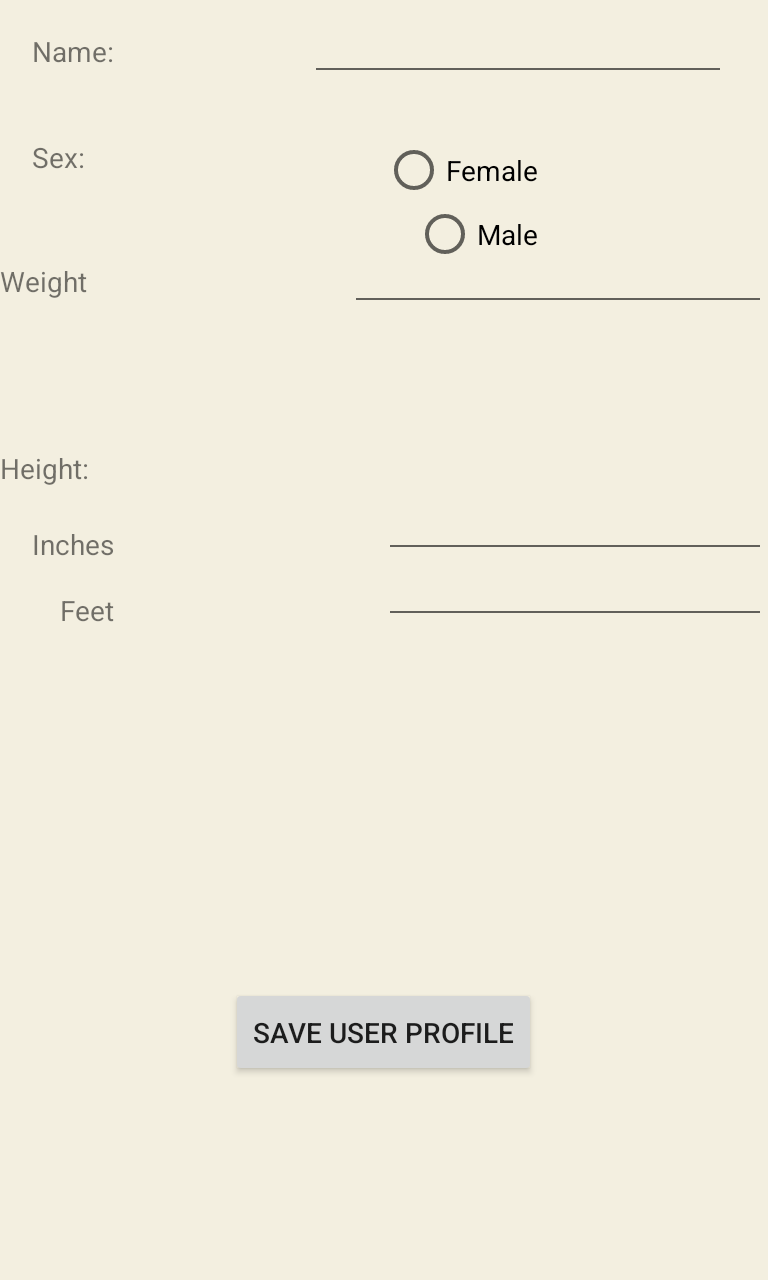
Repository: CS185Wingman/wingman
Layout: Workspace/wingman/res/layout/user_settings.xml
An editor plug-in stored every save of this project. The layout is shown before and after the next save, followed by the edit.
It is drawn on a 768 x 1280 px phone screen (xhdpi) without system bars, with theme AppTheme; the app's code is not run.

Above is the layout before, as saved 2014-06-06 05:46:28.

### Workspace/wingman/res/layout/user_settings.xml
<?xml version="1.0" encoding="utf-8"?>
<RelativeLayout xmlns:android="http://schemas.android.com/apk/res/android"
    android:layout_width="wrap_content"
    android:layout_height="wrap_content"
    android:background="@color/offwhite" >

    <TextView
        android:id="@+id/nameLabel"
        android:layout_width="wrap_content"
        android:layout_height="wrap_content"
        android:layout_alignParentLeft="true"
        android:layout_alignParentTop="true"
        android:layout_marginLeft="16dp"
        android:layout_marginTop="16dp"
        android:text="Name:" />

    <EditText
        android:id="@+id/nameField"
        android:layout_width="wrap_content"
        android:layout_height="wrap_content"
        android:layout_alignBaseline="@+id/nameLabel"
        android:layout_alignBottom="@+id/nameLabel"
        android:layout_alignParentRight="true"
        android:layout_marginRight="20dp"
        android:ems="10"
        android:inputType="textPersonName" />

    <TextView
        android:id="@+id/sexLabel"
        android:layout_width="wrap_content"
        android:layout_height="wrap_content"
        android:layout_alignLeft="@+id/nameLabel"
        android:layout_below="@+id/nameField"
        android:layout_marginTop="26dp"
        android:text="Sex:" />

    <RadioGroup
        android:layout_width="fill_parent"
        android:layout_height="wrap_content"
        android:orientation="vertical" >
    </RadioGroup>

    <TextView
        android:id="@+id/weightLabel"
        android:layout_width="wrap_content"
        android:layout_height="wrap_content"
        android:layout_alignParentLeft="true"
        android:layout_below="@+id/sexLabel"
        android:layout_marginTop="43dp"
        android:text="Weight" />

    <EditText
        android:id="@+id/weightField"
        android:layout_width="wrap_content"
        android:layout_height="wrap_content"
        android:layout_alignBaseline="@+id/weightLabel"
        android:layout_alignBottom="@+id/weightLabel"
        android:layout_alignParentRight="true"
        android:ems="10"
        android:inputType="number" >
        />
    </EditText>

    <Button
        android:id="@+id/saveSettingsButton"
        android:layout_width="wrap_content"
        android:layout_height="wrap_content"
        android:layout_alignParentBottom="true"
        android:layout_centerHorizontal="true"
        android:layout_marginBottom="100dp"
        android:onClick="saveUserSettings"
        android:text="Save User Profile" />

    <RadioButton
        android:id="@+id/femaleButton"
        android:layout_width="wrap_content"
        android:layout_height="wrap_content"
        android:layout_alignRight="@+id/saveSettingsButton"
        android:layout_alignTop="@+id/sexLabel"
        android:text="Female" />

    <RadioButton
        android:id="@+id/maleButton"
        android:layout_width="wrap_content"
        android:layout_height="wrap_content"
        android:layout_alignRight="@+id/saveSettingsButton"
        android:layout_below="@+id/femaleButton"
        android:text="Male" />

    <EditText
        android:id="@+id/heightField"
        android:layout_width="wrap_content"
        android:layout_height="wrap_content"
        android:layout_alignLeft="@+id/femaleButton"
        android:layout_below="@+id/weightField"
        android:layout_marginTop="82dp"
        android:ems="10"
        android:inputType="number" />

    <TextView
        android:id="@+id/feetLabel"
        android:layout_width="wrap_content"
        android:layout_height="wrap_content"
        android:layout_alignRight="@+id/nameLabel"
        android:layout_below="@+id/inchesLabel"
        android:layout_marginTop="14dp"
        android:text="Feet" />

    <TextView
        android:id="@+id/heightLabel"
        android:layout_width="wrap_content"
        android:layout_height="wrap_content"
        android:layout_alignBottom="@+id/heightField"
        android:layout_alignParentLeft="true"
        android:layout_marginBottom="38dp"
        android:text="Height:" />

    <EditText
        android:id="@+id/inchesField"
        android:layout_width="wrap_content"
        android:layout_height="wrap_content"
        android:layout_alignBottom="@+id/feetLabel"
        android:layout_alignLeft="@+id/heightField"
        android:ems="10"
        android:inputType="number" />

    <TextView
        android:id="@+id/inchesLabel"
        android:layout_width="wrap_content"
        android:layout_height="wrap_content"
        android:layout_alignBottom="@+id/heightField"
        android:layout_alignLeft="@+id/sexLabel"
        android:text="Inches" />

</RelativeLayout>

### Workspace/wingman/res/values/colors.xml
<?xml version="1.0" encoding="utf-8"?>
<resources>
    <color name="red">#ff0000</color>
    <color name="green">#00ff00</color>
    <color name="orange">#ff6600</color>
    <color name="blue">#0066FF</color>
    <color name="grey">#696969</color>
    <color name="teal">#217c7e</color>
    <color name="offwhite">#f3efe0</color>
    <color name="lightblue">#3399ff</color>
    <color name="darkred">#9a3334</color>
    <color name="white">#ffffff</color>
</resources>

Loaded but not shown: Workspace/wingman/res/values/styles.xml (common file); Workspace/wingman/res/values-v11/styles.xml (common file); Workspace/wingman/res/values-v14/styles.xml (common file)

After the next save:
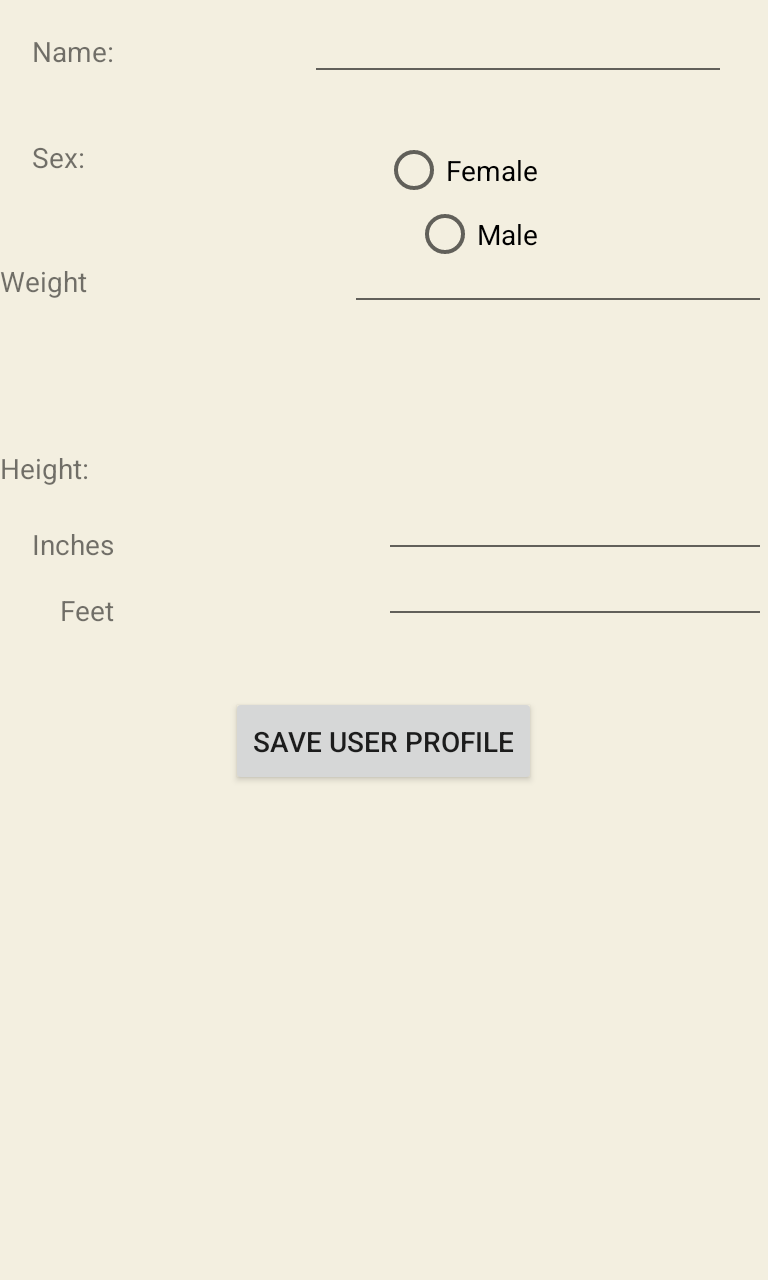
Saved 34 s later.
--- a/Workspace/wingman/res/layout/user_settings.xml
+++ b/Workspace/wingman/res/layout/user_settings.xml
@@ -61,16 +61,6 @@
         />
     </EditText>
 
-    <Button
-        android:id="@+id/saveSettingsButton"
-        android:layout_width="wrap_content"
-        android:layout_height="wrap_content"
-        android:layout_alignParentBottom="true"
-        android:layout_centerHorizontal="true"
-        android:layout_marginBottom="100dp"
-        android:onClick="saveUserSettings"
-        android:text="Save User Profile" />
-
     <RadioButton
         android:id="@+id/femaleButton"
         android:layout_width="wrap_content"
@@ -132,4 +122,14 @@
         android:layout_alignLeft="@+id/sexLabel"
         android:text="Inches" />
 
+    <Button
+        android:id="@+id/saveSettingsButton"
+        android:layout_width="wrap_content"
+        android:layout_height="wrap_content"
+        android:layout_below="@+id/inchesField"
+        android:layout_centerHorizontal="true"
+        android:layout_marginTop="32dp"
+        android:onClick="saveUserSettings"
+        android:text="Save User Profile" />
+
 </RelativeLayout>
